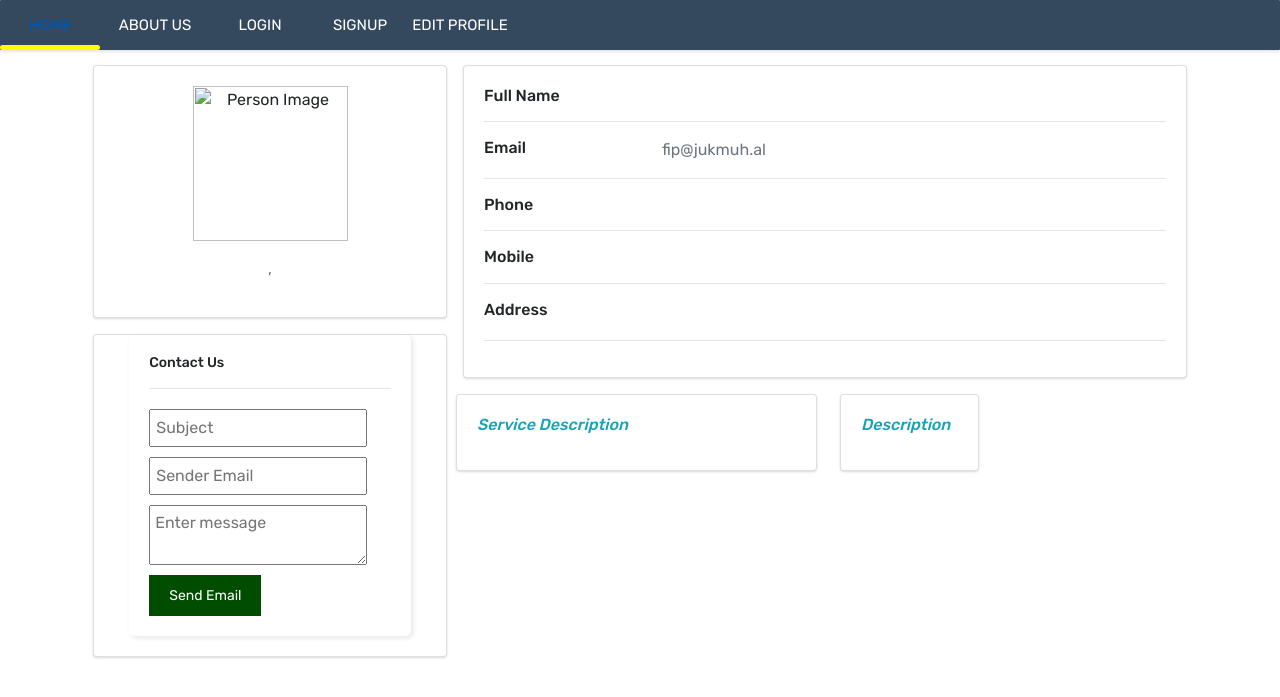
Repository: Chitti-g-k/Paw-Takers
Page: templates/profilepage.html
An editor plug-in stored every save of this project. The page is shown before and after the next save, followed by the edit.
The browser window is 1280 px wide. The pictures show the whole page.
The template is drawn by Django 4.2. The application's start-up code is not run. Other server files are loaded and not shown. The template is opened directly, without the code that normally fills it, so the values that code supplies are empty.

Above is the page before, as saved 2023-07-16 09:01:24.

### templates/profilepage.html
<html>
    <head>
        <meta name="viewport" content="width=device-width, initial-scale=1.0">
    <title>Profile Page</title>

    <style>
        @import url('https://fonts.googleapis.com/css?family=Rubik:300,400,500&display=swap');
        *{
            margin: 0;
            padding: 0;
            box-sizing: border-box;
            font-family:'Rubik',sans-serif;
        }
        body{
            display: flex;
            justify-content: center;
            align-self:center ;
            min-height: 100vh;
            background:  #808080;
        }

        nav{
        position: fixed; /* Change position to fixed */
        top: 0; /* Position it at the top */
        left: 0; /* Align it to the left */
        width: 100%; /* Make it full width */
        height: 50px;
        background: #34495e;
        border-radius: 1px;
        font-size: 0;
        box-shadow: 0 2px 3px 0 rgba(0,0,0,0.1);
        z-index: 100; /* Add a higher z-index to keep it above other elements */
    }

    /* Rest of the CSS styles remain the same */
    nav a {
        font-size: 15px;
        text-transform: uppercase;
        color: white;
        text-decoration: none;
        line-height: 50px;
        position: relative;
        z-index: 1;
        display: inline-block;
        text-align: center;
    }
    nav .animation {
        position: absolute;
        height: 5px;
        bottom: 0;
        z-index: 0;
        background: yellow;
        transition: all .5s ease 0s;
        border-radius: 8px;
    }
    a:nth-child(1) {
        width: 100px;
    }
    nav .start-home,a:nth-child(1):hover~.animation {
        width: 100px;
        left: 0;
    }
    a:nth-child(2) {
        width: 110px;
    }
    nav .start-about,a:nth-child(2):hover~.animation {
        width: 110px;
        left: 100px;
    }
    a:nth-child(3) {
        width: 100px;
    }
    nav .start-login,a:nth-child(3):hover~.animation {
        width: 100px;
        left: 210px;
    }
    a:nth-child(4) {
        width: 100px;
    }
    nav .start-signup,a:nth-child(4):hover~.animation {
        width: 160px;
        left: 250px;
    }
    a:nth-child(5) {
        width: 100px;
    }
    nav .start-signup,a:nth-child(5):hover~.animation {
        width: 160px;
        left: auto;
        right:0px;
    }

    h3{
        font-weight:300;
    }

    h5{
        font-weight:200;
    }

    </style>
    <link rel="stylesheet" href="https://cdnjs.cloudflare.com/ajax/libs/font-awesome/5.15.3/css/all.min.css" integrity="sha512-VRRNWyOP0SZCGkUFsm9Uf7PvF9ERBzv6JeMQ4oIhl2e9J7e3aOuf7Qf3RQt6AzomTsbqyj0F7I3NzcewDfSaxw==" crossorigin="anonymous" referrerpolicy="no-referrer" />

    </head>


<body>
    <nav>
        <a href="/display">Home</a>
        <a href="/">About Us</a>
        <a href="{% url 'account_login'%}">Login</a>
        <a href="{% url 'account_signup' %}">SignUp</a>
        <a href="{% url 'caretaker:profile-edit' profile.pk %}">Edit Profile</a>


        <div class="animation start-home"></div>

    </nav>
    <br>
    <br>
    <style>
        body{
            margin-top:20px;
            color: #1a202c;
            text-align: left;
            background-color: #e2e8f0;
        }
        .main-body {
            padding: 15px;
        }
        .card {
            box-shadow: 0 1px 3px 0 rgba(0,0,0,.1), 0 1px 2px 0 rgba(0,0,0,.06);
        }

        .card {
            position: relative;
            display: flex;
            flex-direction: column;
            min-width: 0;
            word-wrap: break-word;
            background-color: #fff;
            background-clip: border-box;
            border: 0 solid rgba(0,0,0,.125);
            border-radius: .25rem;
        }
        .container{
            margin-top:50px;
        }
        .card-body {
            flex: 1 1 auto;
            min-height: 1px;
            padding: 1rem;
        }

        .gutters-sm {
            margin-right: -8px;
            margin-left: -8px;
        }

        .gutters-sm>.col, .gutters-sm>[class*=col-] {
            padding-right: 8px;
            padding-left: 8px;
        }
        .mb-3, .my-3 {
            margin-bottom: 1rem!important;
        }

        .bg-gray-300 {
            background-color: #e2e8f0;
        }
        .h-100 {
            height: 100%!important;
        }
        .shadow-none {
            box-shadow: none!important;
        }
        .key-value {
            display: flex;
            justify-content: space-between;
            margin-bottom: 10px;
            font-family: "Helvetica Neue", Arial, sans-serif;
        }

        .key {
            font-weight: bolder;
            font-size: 13px;
            text-transform: uppercase;
            letter-spacing: 1px;
            color: #333;
        }
        .value{
            font-size: 11px;
            font-style: italic;
            color: #666;
        }
        .contact-us-form {
            margin-top: 20px;
          }

          .contact-us-form input,
          .contact-us-form textarea {
            width: 90%;
            margin-bottom: 10px;
            padding: 5px;
          }
          .content-box {
            width: 80%;
            max-width: 800px;
            margin: 0 auto;
            margin-bottom:20px;
            padding: 20px;
            background-color: #fff;
            border-radius: 5px;
            box-sizing: border-box;
            box-shadow: 2px 2px 5px rgba(0, 0, 0, 0.1);
            transition: box-shadow 0.3s ease;
        }
    </style>
    <body>
        <link rel="stylesheet" href="https://cdn.jsdelivr.net/npm/bootstrap@4.4.1/dist/css/bootstrap.min.css" integrity="sha384-Vkoo8x4CGsO3+Hhxv8T/Q5PaXtkKtu6ug5TOeNV6gBiFeWPGFN9MuhOf23Q9Ifjh" crossorigin="anonymous">
        <script src="https://code.jquery.com/jquery-3.4.1.slim.min.js" integrity="sha384-J6qa4849blE2+poT4WnyKhv5vZF5SrPo0iEjwBvKU7imGFAV0wwj1yYfoRSJoZ+n" crossorigin="anonymous"></script>
        <script src="https://cdn.jsdelivr.net/npm/popper.js@1.16.0/dist/umd/popper.min.js" integrity="sha384-Q6E9RHvbIyZFJoft+2mJbHaEWldlvI9IOYy5n3zV9zzTtmI3UksdQRVvoxMfooAo" crossorigin="anonymous"></script>
        <script src="https://cdn.jsdelivr.net/npm/bootstrap@4.4.1/dist/js/bootstrap.min.js" integrity="sha384-wfSDF2E50Y2D1uUdj0O3uMBJnjuUD4Ih7YwaYd1iqfktj0Uod8GCExl3Og8ifwB6" crossorigin="anonymous"></script>

        <div class="container">
            <div class="main-body">


                  <div class="row gutters-sm">
                    <div class="col-md-4 mb-3">
                      <div class="card">
                        <div class="card-body">
                          <div class="d-flex flex-column align-items-center text-center">
                            <img src="{{ profile.image.url }}" alt="Person Image" class="image" class="rounded" width="155px">
                            <div class="mt-3">
                                {% if profile.name %}
                        <h5 class="py-4">{{ profile.name }}
                    {% endif %}


                              <p class="text-muted font-size-sm">{{ profile.city }},{{ profile.state }}</p>

                            </div>
                          </div>
                        </div>
                      </div>
                      <div class="card mt-3">
                        <div class="content-box" >
                            <h2 style="font-size: 14px;">Contact Us</h2>
                            <hr>
                            <div class=" contact-us-form">
                                <form action="" method="POST">
                                    <input type="text" name="name" placeholder="Subject" required>
                                    <input type="email" name="email" placeholder="Sender Email" required>
                                    <textarea name="message" placeholder="Enter message" required></textarea>
                                    <button type="submit" style="background-color: #004d00; color: #fff; border: none; padding: 10px 20px; font-size: 14px; cursor: pointer;">Send Email</button>
                                </form>
                            </div>
                        </div>
                      </div>
                    </div>
                    <div class="col-md-8">
                      <div class="card mb-3">
                        <div class="card-body">
                          <div class="row">
                            <div class="col-sm-3">
                              <h6 class="mb-0">Full Name</h6>
                            </div>
                            <div class="col-sm-9 text-secondary">
                                {% if profile.name %}
                                {{ profile.name }}
                            {% endif %}
                            </div>
                          </div>
                          <hr>
                          <div class="row">
                            <div class="col-sm-3">
                              <h6 class="mb-0">Email</h6>
                            </div>
                            <div class="col-sm-9 text-secondary">
                              fip@jukmuh.al
                            </div>
                          </div>
                          <hr>
                          <div class="row">
                            <div class="col-sm-3">
                              <h6 class="mb-0">Phone</h6>
                            </div>
                            <div class="col-sm-9 text-secondary">
                                {{ profile.phone_number }}
                            </div>
                          </div>
                          <hr>
                          <div class="row">
                            <div class="col-sm-3">
                              <h6 class="mb-0">Mobile</h6>
                            </div>
                            <div class="col-sm-9 text-secondary">
                                {{ profile.backup_phonenumber }}
                            </div>
                          </div>
                          <hr>
                          <div class="row">
                            <div class="col-sm-3">
                              <h6 class="mb-0">Address</h6>
                            </div>
                            <div class="col-sm-9 text-secondary">
                                {{ profile.first_line }}<br>{{ profile.second_line }}
                            </div>
                          </div>
                          <hr>

                        </div>
                      </div>

                      <div class="row gutters-sm">
                        <div class="col-sm-6 mb-3">
                          <div class="card h-100">
                            <div class="card-body">
                              <h6 class="d-flex align-items-center mb-3"><i class="material-icons text-info mr-2">Service Description</h6>
                              {% for service_description in service_descriptions %}
                              <div class="container-service">
                                <div class="key-value">
                                    <span class="key">{{ service_description.service.name }}</span>
                                    <span class="value">INR{{ service_description.price }}</span>
                                </div>
                            </div>
                            {% endfor %}
                            </div>
                          </div>
                        </div>

                        <div class="col-sm-12 mb-3" >
                            <div class="card h-200">
                              <div class="card-body" >
                                <h6 class="d-flex align-items-center mb-3"><i class="material-icons text-info mr-2">Description</i></h6>
                                {{profile.description}}
                              </div>
                            </div>
                          </div>



                    </div>
                  </div>

                </div>
            </div>
    </body>
</html>

After the next save:
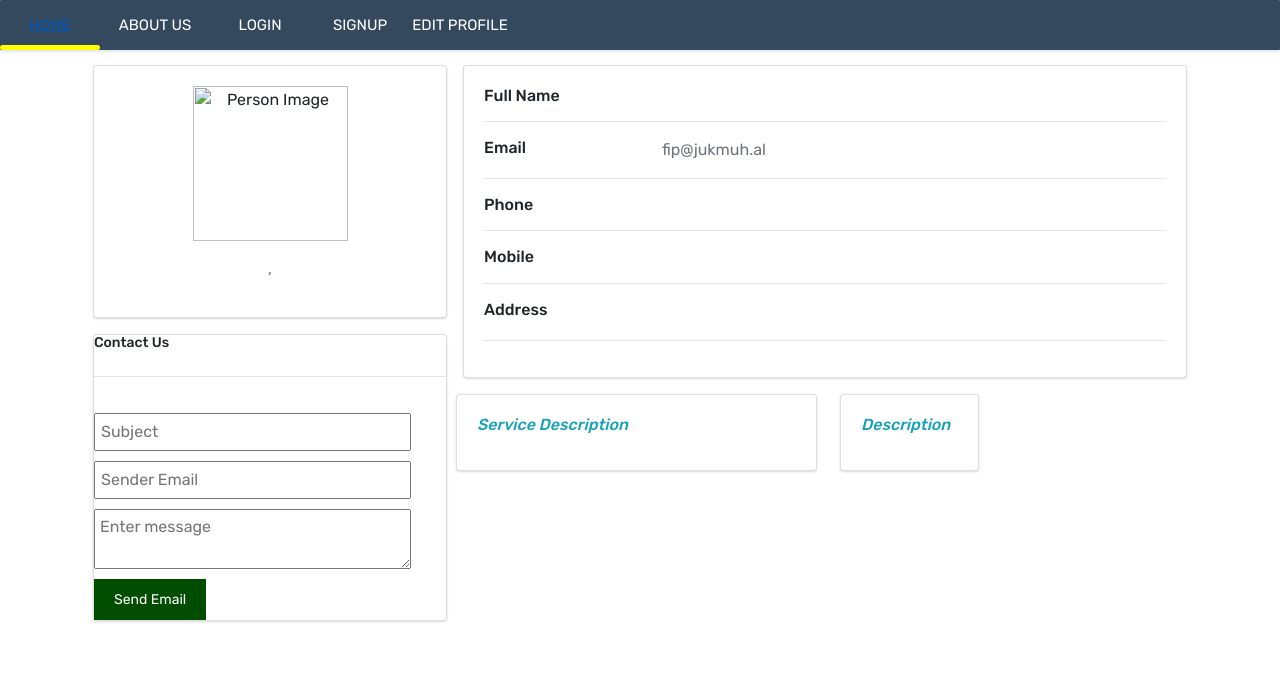
Saved 19 s later.
--- a/templates/profilepage.html
+++ b/templates/profilepage.html
@@ -245,7 +245,7 @@
                         </div>
                       </div>
                       <div class="card mt-3">
-                        <div class="content-box" >
+
                             <h2 style="font-size: 14px;">Contact Us</h2>
                             <hr>
                             <div class=" contact-us-form">
@@ -256,7 +256,7 @@
                                     <button type="submit" style="background-color: #004d00; color: #fff; border: none; padding: 10px 20px; font-size: 14px; cursor: pointer;">Send Email</button>
                                 </form>
                             </div>
-                        </div>
+
                       </div>
                     </div>
                     <div class="col-md-8">
